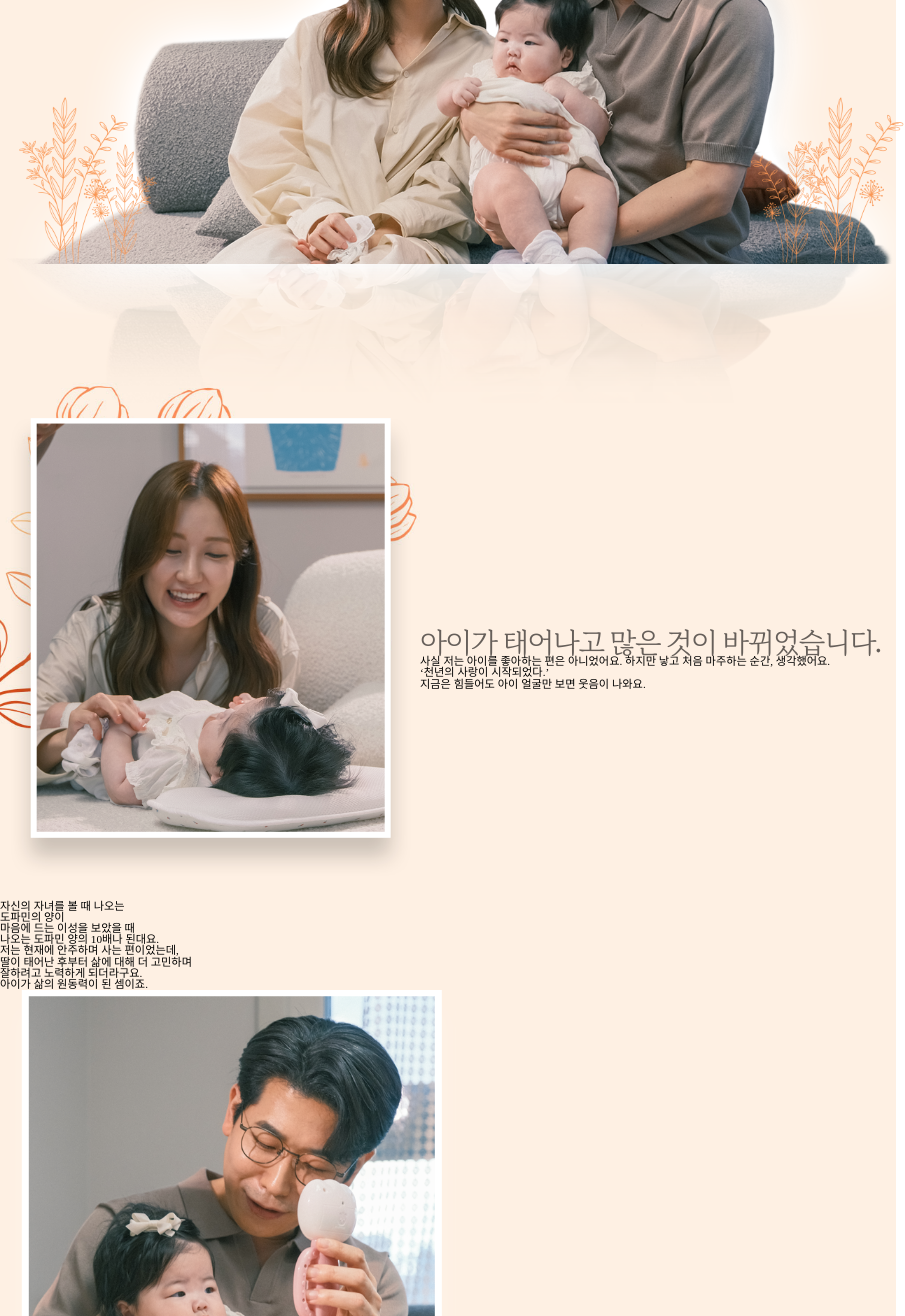
Repository: dlgywls1130/saveTheChildren
Page: index.html
These files come from the project's save history. The page is drawn as it stood at one moment and after the next save; the edit follows.
The browser window is 1280 px wide. The page is 1293 px wide, so the pictures cover 1293 px, including what lies to the right of the window. The pictures show the part of the page from y = 2566 to 4446 px (the page is 10571 px tall), at 70% of full size.
Some web fonts or font styles are not loaded; a fallback is used. The style sheet was rebuilt from its Sass, Less or Tailwind sources for each picture, by a compiler version that may differ from the author's.

Above is the page before, as saved 2024-11-01 22:27:23.

### index.html
<!DOCTYPE html>
<html lang="en">
<head>
    <meta charset="UTF-8">
    <meta name="viewport" content="width=device-width, initial-scale=1.0">
    <title>Document</title>

    <link rel="stylesheet" href="./css/common.css">
</head>
<body>

    <!-- main -->
    <section class="main_container">
        <div class="container">
            <div class="logo_title mb-60">
                <img src="./images/logo.png" alt="logo">
                <p>우리 아기 좋은 날 기부</p>
            </div>

            <p class="sub_title mb-30">
                의사 오진승, 아나운서 김도연 가족과 함께하는
            </p>

            <h2 class="mb-50">우리 아기<br>좋은 날 일기</h2>

            <p class="sub_span_text mb-40">
                여러분은 자녀의 소중한 순간을<br>
                어떻게 기념 하시나요?
            </p>

            <p class="sub_descript mb-60">
                보통 사진을 찍고 영상을 남기는 분들이 많으실 거에요. <br>
                <span>소중한 날을 특별하게 기념하는 방법</span>을<br>
                소개해드릴게요
            </p>

            <a href="#" class="record_btn">
                <img src="/images/pencle.png" alt="pencle">
                <p>우리 아기 좋은 날 기록하기</p>
            </a>
        </div>
    </section>

    <!-- 스토리섹션 -->

    <section class="story_section">
        <div class="container py-150">

            <!-- 영상 -->
            <div class="video_container mb-150">
                <video></video>
            </div>

            <div class="story_01">
                <p class="s01 mb-70">
                    “유튜브 <닥터프렌즈>를 운영하는 정신과 전문의 오진승,
                    <br>KBS 전 아나운서, 현 프리랜서 방송인 김도연입니다.
                </p>

                <p class="s01_1 mb-70">
                    세이브더칠드런과는 자립지원아동들과 미혼모가정을 위해
                    <br>기부하며 인연을 이어오고 있습니다.
                </p>

                <p class="s01_2 mb-70">
                    지난 4월, 첫 딸 수빈이가 저희에게 찾아와 주었어요.”
                </p>

                <img src="/images/s1_1.png" alt="story">
            </div>


            <div class="story_02">
                <div class="story_02_01">
                    <div class="story_image">
                        <img src="/images/s2_1.png" alt="stroy">
                    </div>
                    <div class="story_text-contain">
                        <p class="story_text_01">
                            아이가 태어나고 많은 것이 바뀌었습니다.
                        </p>
                        <p class="story_text_02">
                            사실 저는 아이를 좋아하는 편은 아니었어요.
                            하지만 낳고 처음 마주하는 순간, 생각했어요.
                        </p>
                        <p class="story_text_03">
                            ‘천년의 사랑이 시작되었다.’
                        </p>

                        <p class="story_text_04">
                            지금은 힘들어도 아이 얼굴만 보면 웃음이 나와요.
                        </p>
                    </div>


                </div>
            </div>

            <div class="story_03">
                <div class="story03_01">
                    <div class="story_text-contain">
                        <p class="story_text_01">
                            자신의 자녀를 볼 때 나오는
                            <br>도파민의 양이
                            <br>마음에 드는 이성을 보았을 때
                            <br>나오는 도파민 양의 10배나 된대요.
                        </p>
                        <p class="story_text_02">
                            저는 현재에 안주하며 사는 편이었는데,
                            <br>딸이 태어난 후부터 삶에 대해 더 고민하며
                            <br>잘하려고 노력하게 되더라구요.
                        </p>
                        <p class="story_text_03">
                            아이가 삶의 원동력이 된 셈이죠.
                        </p>

                    </div>

                    <div class="story_image">
                        <img src="/images/s3_1.png" alt="stroy">
                    </div>



                </div>
            </div>

            <div class="story_04">
                <div class="story04_01">

                    <div class="story_image">
                        <img src="/images/s4_1.png" alt="stroy">
                    </div>

                    <div class="story_text-contain">
                        <p class="story_text_01">
                            요즘은 수빈이와 함께
                            <br>놀이터 갈 날을
                            <br>손꼽아 기다리고 있어요.
                        </p>
                        <p class="story_text_02">
                            아직 말귀도 못 알아듣는 아이한테
                            <br>“너 언제 커서 아빠랑 놀이터 갈래?”
                            <br>묻고는 하죠.
                        </p>

                    </div>

                </div>

                <div class="story04_02">

                    <div class="story_text-contain">
                        <p class="story_text_01">
                            한편으로는 아이를 정신없이 키우다 보니
                            <br>탄생의 순간이 희미해지고 있었어요.
                        </p>
                        <p class="story_text_02">
                            우리 아기 좋은 날 캠페인에 참여해서
                            <br>직접 <span>기념일 이야기를 담은 후원감사증서</span>를 받아보니,
                            <br>그때 생각이 나서 너무 좋았어요.
                        </p>

                    </div>

                    <div class="story_image">
                        <img src="/images/s4_2.png" alt="stroy">
                    </div>

                </div>
            </div>

            <div class="story_05">
                <div class="story_05_01">
                    <div class="img_story">
                        <img src="/images/s5_1.png">
                    </div>
                    <div class="story_text">
                        “아이가 건강하게 발달단계를 해내는
                        <br>소중한 순간에 기부를 하면
                        <br>수빈이가 더 건강하고,행복하게
                        <br>자라게 되지 않을까요?
                        <br>
                        <br>소중한 순간마다 기부하고
                        <br>앨범처럼 남겨서 보여주면
                        <br>자랑스러운 부모가 될 것 같아요”
                    </div>
                </div>

                <div class="story_05_02">

                    <div class="story_text">
                        “저는 칭찬 받거나 스스로에게 자부심을
                        <br>느낀 순간은 오래 기억된다고 생각해요.
                        <br>
                        <br>내 아이에게 ‘네가 첫 양치질을 잘 해낸
                        <br>기념으로  다른 친구를 도왔어.’ 라고
                        <br>말해준다면 그 뿌듯함을 밑거름으로
                        <br>자기 자신과 다른 사람 모두 사랑할 수 있는
                        <br>아이로 성장하지 않을까요?”
                    </div>

                    <div class="img_story">
                        <img src="/images/s5_2.png">
                    </div>

                </div>


                <div class="middle_cotain">
                    <p>첫 걸음마, 첫돌, 처음 엄마 아빠를 부른 날, 처음 비를 맞아본 날,
                    처음 놀이터에 간 날, 그 소중한 순간을 기부로 기록해 보세요.</p>

                    <p>후원해주신 모든 분들께 직접 작성한 기념일 이야기가 담긴 <span>후원감사증서</span>를 드리며,
                    30만원 이상 후원해 주신 분들께는 이름을 수놓은 <span>순면거즈블랭킷</span>을 증정하고 있습니다. </p>

                    <div class="middle_image">
                        <div class="middel_left">
                            <img src="/images/s6_1.png">
                        </div>
                        <div class="middel_right">
                            <img src="/images/s6_2.png">
                        </div>

                        <img src="" class="float_image">
                    </div>


                    <a href="#" class="record_btn">
                        <img src="/images/pencle.png" alt="pencle">
                        <p>우리 아기 좋은 날 기록하기</p>
                    </a>
                </div>



            </div>

        </div>


    </section>

    <!-- 후원신청 과정 -->

    <section class="sponsor_section">
        <div class="container">

            <div class="sponsor-container">
                <h2>후원신청 과정</h2>

                <div class="sponsor_list">
                    <div class="sponsor_list_inner">
                        <div class="list-inner-img">
                            <img src="">
                        </div>
                        <p>후원신청하기</p>

                    </div>
                    <span class="arrow-img"><img src=""></span>
                    <div class="sponsor_list_inner">
                        <div class="list-inner-img">
                            <img src="">
                        </div>
                        <p>후원감사증서<br>메시지 적기</p>

                    </div>
                    <span class="arrow-img"><img src=""></span>
                    <div class="sponsor_list_inner">
                        <div class="list-inner-img">
                            <img src="">
                        </div>
                        <p>신청완료</p>

                    </div>
                    <span class="arrow-img"><img src=""></span>
                    <div class="sponsor_list_inner">
                        <div class="list-inner-img">
                            <img src="">
                        </div>
                        <p>후원감사증서 발송<br>(1주일이내)</p>

                    </div>
                </div>

                <p class="info-span">30만원 이상 후원자 분들께는 순면거즈블랭킷 제작을 위한 문자가 별도 발송됩니다. (후원 2-3일 이내)</p>
            </div>


            <div class="sponsor-inner">
                <h2>후원금, 이렇게 쓰여요!</h2>

                <p>
                    세이브더칠드런은 국내외 아동을 대상으로
                    생계지원, 의료지원,  영유아용품지원, 재해재난 상황에서의
                    긴급구호 등의 활동을 진행하고 있습니다.

                    보내주신 후원금은 정치, 종교, 인종에 관계없이
                    모든 아이들을 구해야 한다는  세이브더칠드런의 신념에 따라
                    가장 도움 필요한 아이를 위해 우선 사용됩니다.

                </p>

                <img src="/images/baby.png">
            </div>
        </div>

    </section>

    <!-- faq -->
    <section class="faq_section">
        <div class="container">
            <h2>FAQ</h2>

            <ul class="faq_list">
                <li>
                    <div class="faq_question">
                        <img src="/images/leaves.png">
                        <p>30만원 이상 후원했습니다. 거즈 순면 블랭킷은 언제 오나요?</p>
                    </div>
                    <div class="faq_answer">
                        우리 아기 좋은 날 기부로 30만원 이상 후원자님들께는 담요에 수놓을 아기 이름과 선물 수령 주소
                        확인을 위한 문자가 발송됩니다. 02-6900-4479로 발송되는 문자 속 설문조사에 답해주세요.
                        확인을 완료하신 분들께는 블랭킷 제작을 담당하고 있는 조니 스튜디오에서 아기 이름 자수
                        작업 완료 후 배송해 드립니다.

                    </div>
                </li>
                <li>
                    <div class="faq_question">
                        <img src="/images/leaves.png">
                        <p>순면 거즈 블랭킷, 안전한 제품인가요? </p>
                    </div>
                    <div class="faq_answer">
                        본 블랭킷은 워싱된 3중 거즈로 제작되었으며, KC안전검사를 완료하였습니다.
                        소재 특성상 섬유 조각이 발생할 수 있어 망에 넣지 않고 3번 정도 물빨래 하시는 것을 권장합니다.

                    </div>
                </li>
                <li>
                    <div class="faq_question">
                        <img src="/images/leaves.png">
                        <p>순면 거즈 블랭킷을 받았는 데 하자가 있어요. 어떻게 해야 하나요? </p>
                    </div>
                    <div class="faq_answer">
                        물품에 동봉된 조니스튜디오 연락처로 연락 부탁드립니다. 하자 물품에 대한 교환은 수령일로부터
                        7일 이내에 조니스튜디오에 연락해주셔야 하며, 이로 인한 후원금 환불은 어렵습니다.

                    </div>
                </li>
                <li>
                    <div class="faq_question">
                        <img src="/images/leaves.png">
                        <p>후원감사증서에 넣을 수 있는 사진 사이즈는 얼마인가요?</p>
                    </div>
                    <div class="faq_answer">
                        사진 인화 사이즈 5*7 인치에 맞추어서 제작되었습니다.  그보다 작은 사진일 경우,
                        후원감사증서  내부의 주머니에 넣어 보관하실 수도  있습니다.

                    </div>
                </li>
            </ul>
        </div>
    </section>
</body>
</html>

### css/common.scss
// Reset CSS
@mixin reset {

    html,
    body,
    div,
    span,
    applet,
    object,
    iframe,
    h1,
    h2,
    h3,
    h4,
    h5,
    h6,
    p,
    blockquote,
    pre,
    a,
    abbr,
    acronym,
    address,
    big,
    cite,
    code,
    del,
    dfn,
    em,
    img,
    ins,
    kbd,
    q,
    s,
    samp,
    small,
    strike,
    strong,
    sub,
    sup,
    tt,
    var,
    b,
    u,
    i,
    center,
    dl,
    dt,
    dd,
    ol,
    ul,
    li,
    fieldset,
    form,
    label,
    legend,
    table,
    caption,
    tbody,
    tfoot,
    thead,
    tr,
    th,
    td,
    article,
    aside,
    canvas,
    details,
    embed,
    figure,
    figcaption,
    footer,
    header,
    hgroup,
    menu,
    nav,
    output,
    ruby,
    section,
    summary,
    time,
    mark,
    audio,
    video {
        margin: 0;
        padding: 0;
        border: 0;
        font-size: 100%;
        font: inherit;
        vertical-align: baseline;
    }

    /* HTML5 display-role reset for older browsers */
    article,
    aside,
    details,
    figcaption,
    figure,
    footer,
    header,
    hgroup,
    menu,
    nav,
    section {
        display: block;
    }

    body {
        line-height: 1;
    }

    ol,
    ul {
        list-style: none;
    }

    blockquote,
    q {
        quotes: none;

        &:before,
        &:after {
            content: '';
            content: none;
        }
    }

    table {
        border-collapse: collapse;
        border-spacing: 0;
    }
}


$font-path: '../fonts/';


$font-weights: (
    'regular': 400,
    'medium': 500,
    'semi-bold':600,
    'bold': 700,
    'extra-bold': 800,
);


// 폰트 패밀리 변수 설정
$font-families: (
  'maru': ('MaruBuri', serif),
  'nanum': ('NanumSquare', sans-serif),
  'nanum-neo': ('NanumSquare Neo', sans-serif),
  'okgung': ('OKGUNG', serif)
);


// MaruBuri 폰트
@font-face {
  font-family: 'MaruBuri';
  font-weight: 400;
  font-style: normal;
  font-display: swap;
  src: url('#{$font-path}MaruBuri-Regular.woff2') format('woff2'),
       url('#{$font-path}MaruBuri-Regular.ttf') format('truetype');
}

// NanumSquare 폰트군
@font-face {
  font-family: 'NanumSquare';
  font-weight: 400;
  font-style: normal;
  font-display: swap;
  src: url('#{$font-path}NANUMSQUAREB.TTF') format('truetype'),
       url('#{$font-path}NANUMSQUAREL.TTF') format('truetype');
}

// NanumSquare Neo
@font-face {
    font-family: 'NanumSquare';
    font-weight: map-get($font-weights, 'regular');
    font-style: normal;
    font-display: swap;
    src: url('#{$font-path}NANUMSQUAREL.TTF') format('truetype');
}

@font-face {
    font-family: 'NanumSquare';
    font-weight: map-get($font-weights, 'medium');
    font-style: normal;
    font-display: swap;
    src: url('#{$font-path}NANUMSQUAREM.TTF') format('truetype');
}

@font-face {
    font-family: 'NanumSquare';
    font-weight: map-get($font-weights, 'semi-bold');
    font-style: normal;
    font-display: swap;
    src: url('#{$font-path}NANUMSQUARESB.TTF') format('truetype');
}

@font-face {
    font-family: 'NanumSquare';
    font-weight: map-get($font-weights, 'bold');
    font-style: normal;
    font-display: swap;
    src: url('#{$font-path}NANUMSQUARB.TTF') format('truetype');
}

@font-face {
    font-family: 'NanumSquare';
    font-weight: map-get($font-weights, 'extra-bold');
    font-style: normal;
    font-display: swap;
    src: url('#{$font-path}NANUMSQUAREB.TTF') format('truetype');
}

// OKGUNG 폰트
@font-face {
  font-family: 'OKGUNG';
  font-weight: normal;
  font-style: normal;
  font-display: swap;
  src: url('#{$font-path}OKGUNG.woff2') format('woff2'),
       url('#{$font-path}OKGUNG.ttf') format('truetype');
}

@mixin font($family, $size: 16px, $weight: 400) {
    font-family: map-get($font-families, $family);
    font-size: $size;
    font-weight: $weight;
  }





// Container
$container-width: 1315px;

// Colors
$colors: (
    'gray': #535353,
    'black': #020202,
    'brown': #665f5a,
    'teal': #00b2a9,
    'red': #ea4120,
    'bronze': #a56839,
    'olive': #727464,
    'sage': #858770
);


$spacing: (
    '30': 30px,
    '40': 40px,
    '50': 50px,
    '60': 60px,
    '70': 70px,
    '75': 75px,
    '80': 80px,
    '100': 100px,
    '150': 150px,
    '200': 200px,
);

$directions: (
    'p': padding,
    'm': margin
);

$sides: (
    't': top,
    'b': bottom,
    'l': left,
    'r': right,
    'x': (left, right),
    'y': (top, bottom)
);

@each $direction-key, $direction-value in $directions {
    @each $side-key, $side-value in $sides {
        @each $space-key, $space-value in $spacing {
            // 단일 방향
            @if type-of($side-value) == string {
                .#{$direction-key}#{$side-key}-#{$space-key} {
                    #{$direction-value}-#{$side-value}: $space-value;
                }
            }
            // x, y 축 방향
            @else if type-of($side-value) == list {
                .#{$direction-key}#{$side-key}-#{$space-key} {
                    @each $side in $side-value {
                        #{$direction-value}-#{$side}: $space-value;
                    }
                }
            }
        }
    }
}
// Container Mixin
@mixin container {
    max-width: $container-width;
    margin: 0 auto;
    width: 100%;
}

// Apply Reset
@include reset;


// Base Container
.container {
    @include container;
}

// main

.main_container {
    background: url('/images/main_bg.jpg') no-repeat;
    width: 100vw;
    height: 100vh;
    background-size: cover;
    background-position: center;

    .container {
        display: flex;
        flex-direction: column;
        justify-content: flex-end;
        height: 100%;
        padding: 90px 0;
        box-sizing: border-box;
        .logo_title{
            display: flex;
            align-items: center;
            gap: 10px;
            img{
                width: 218px;
                height: auto;
            }

            p{
                color: #fff;
                font-size: 20px;
                background: url('/images/main_banner.png') no-repeat;
                border-radius: 5px;
                display: flex;
                align-items: center;
                justify-content: center;
                width: 188px;
                height: 33px;
                letter-spacing: -0.06em;
            }

        }

        .sub_title{
            letter-spacing: -0.03em;
            color: map-get($colors, 'brown');
            @include font('nanum', 30px, map-get($font-weights, 'bold'));
        }

        h2{
            line-height: 100px;
            letter-spacing: -0.03em;
            color: map-get($colors, 'black');
            @include font('okgung', 90px, map-get($font-weights, 'regular'));
        }

        .sub_span_text{
            color: map-get($colors, 'brown');
            letter-spacing: -0.03em;
            line-height: 35px;
            @include font('nanum-neo', 25px, map-get($font-weights, 'extra-bold'));
        }

        .sub_descript{
            line-height: 35px;
            letter-spacing: -0.03em;
            color: map-get($colors, 'brown');
            @include font('nanum-neo', 25px, map-get($font-weights, 'regular'));
            span{
                font-weight: 800;
            }
        }

        .record_btn{
            background-color: map-get($colors, 'teal' );
            border-radius: 30px;
            width: 374px;
            min-height: 60px;
            display: flex;
            align-items: center;
            justify-content: center;
            gap: 10px;
            text-decoration: none;
            box-sizing: border-box;
            img{
                width: 30px;
                height: 30px;
                display: block;
            }

            p{
                display: block;
                color: #fff;
                @include font('nanum-neo', 25px, map-get($font-weights, 'extra-bold'));
            }
        }
    }
}



// story

.story_section{
    background: url('/images/story_bg.jpg') no-repeat;
    width: 100vw;
    height: 100%;
    .container{
        .video_container {
            width: 100%;
            height: 782px;  // 원하는 높이
            background-color: #000;
            display: flex;
            align-items: center;
            justify-content: center;
        }

        .story_01{
            .s01{
                @include font('maru', 30px, map-get($font-weights, 'regular'));
                color: #000;
                line-height: 45px;
                letter-spacing: -0.06em;
                text-align: center;
            }

            .s01_1{
                @include font('maru', 30px, map-get($font-weights, 'regular'));
                color: map-get($colors, 'red');
                text-align: center;
                line-height: 45px;
                letter-spacing: -0.06em;
            }

            .s01_2{
                @include font('maru', 30px, map-get($font-weights, 'regular'));
                color: #000;
                line-height: 45px;
                letter-spacing: -0.06em;
                text-align: center;
            }
        }

        .story_02{
            .story_02_01{
                display: flex;
                align-items: center;

                .story_image{
                    width: 600px;
                    height: auto;
                    img{
                        width: 100%;
                        height: 100%;

                    }
                }

                .story_text-contain{


                    .story_text_01{
                        text-align: right;
                        line-height: 40px;
                        letter-spacing: -0.06em;
                        color: map-get($colors, 'brown' );
                        @include font('maru', 40px, map-get($font-weights, 'regular'));
                    }

                }
            }
        }
    }
}

After the next save:
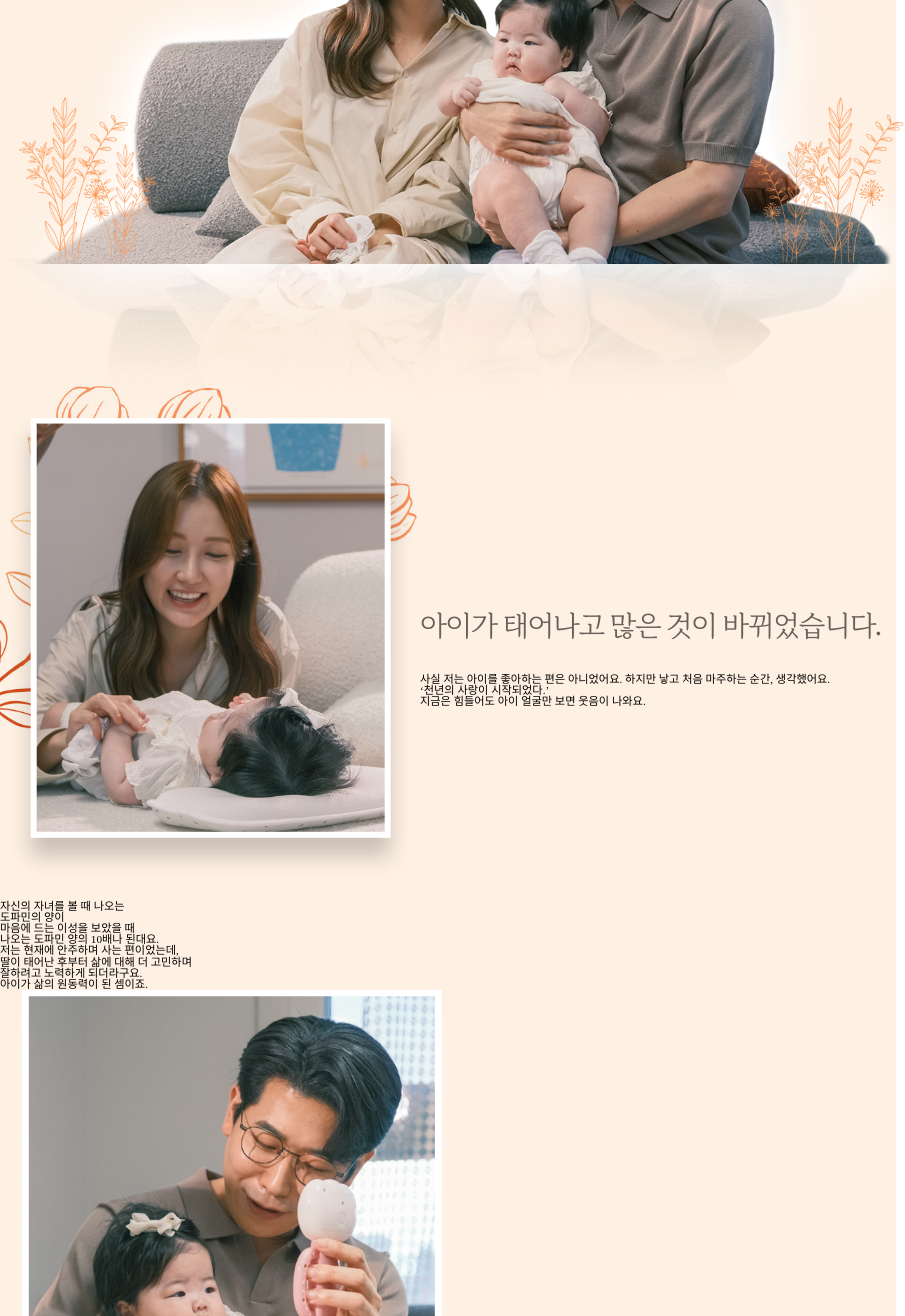
Saved 25 s later.
--- a/index.html
+++ b/index.html
@@ -76,7 +76,7 @@
                         <img src="/images/s2_1.png" alt="stroy">
                     </div>
                     <div class="story_text-contain">
-                        <p class="story_text_01">
+                        <p class="story_text_01 mb-50">
                             아이가 태어나고 많은 것이 바뀌었습니다.
                         </p>
                         <p class="story_text_02">
